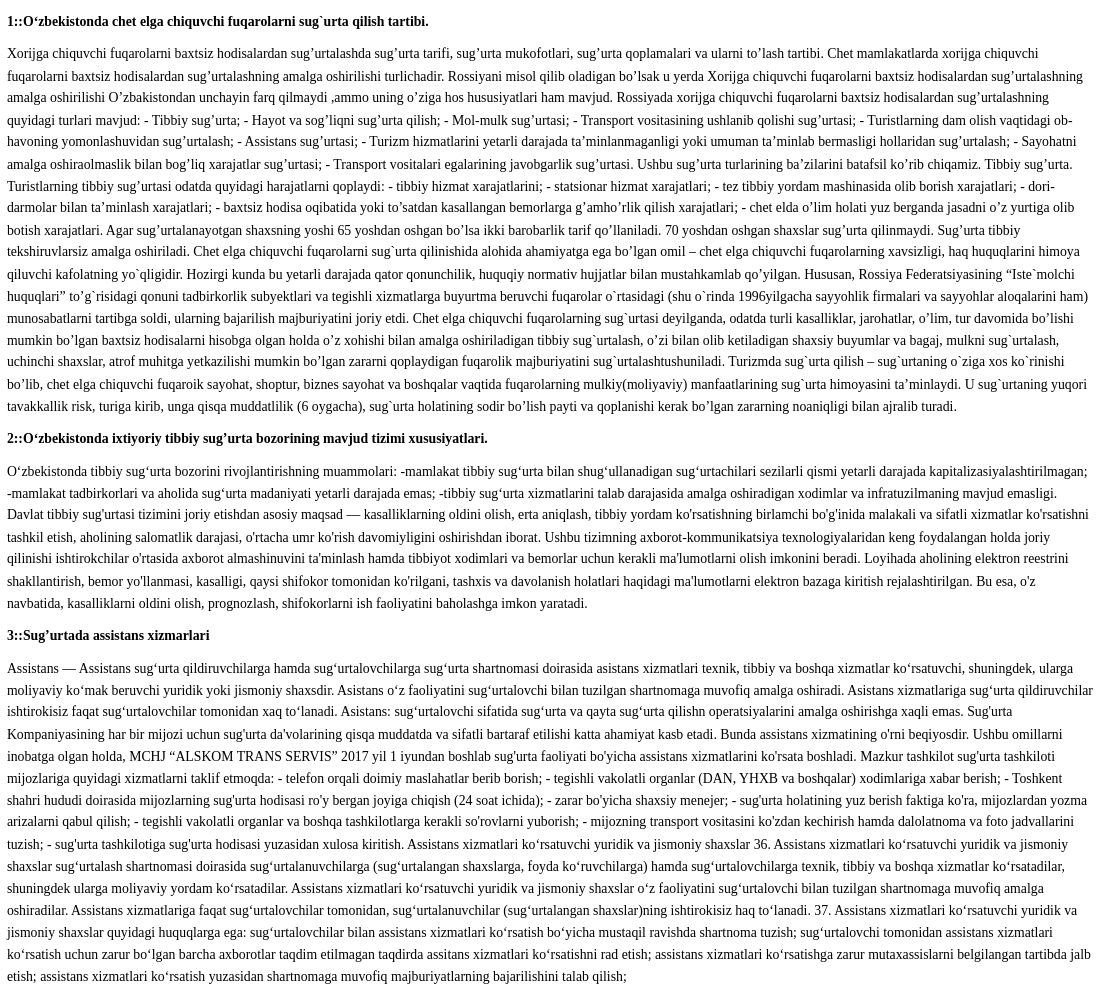
Repository: Ikromkhurozov/exam-inst
Page: index.html
The author's editor kept a copy of each file at every save. The page is drawn from the files as they stood at one save, then again after the next save.
The browser window is 1280 px wide. The pictures show the whole page, at 86% of full size.

Above is the page before, as saved 2023-05-21 15:42:51.

After the next save:
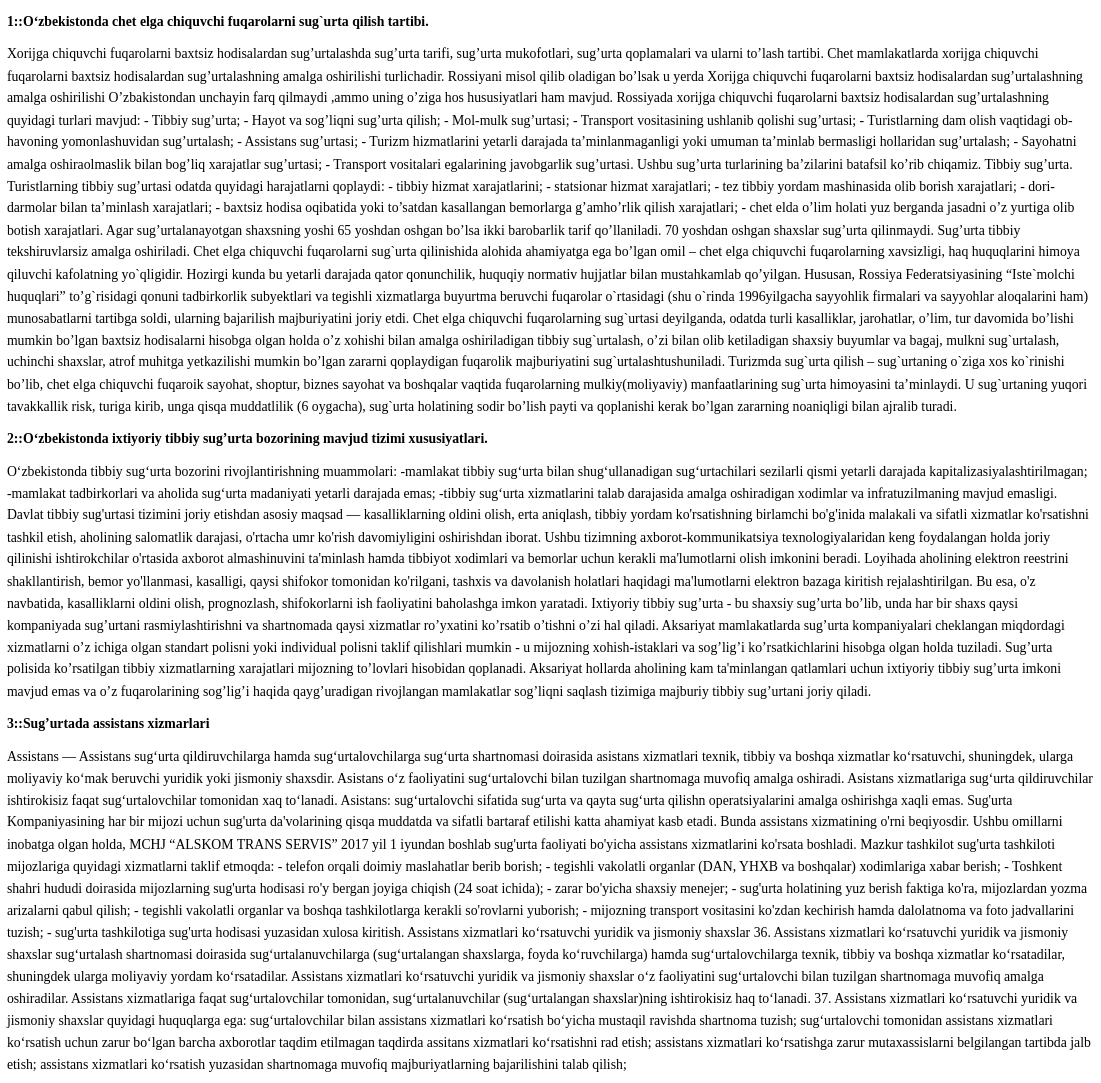
Saved 2 min 16 s later.
--- a/index.html
+++ b/index.html
@@ -71,6 +71,7 @@
 
       Loyihada aholining elektron reestrini shakllantirish, bemor yo'llanmasi, kasalligi, qaysi shifokor tomonidan ko'rilgani, tashxis va davolanish holatlari haqidagi ma'lumotlarni elektron bazaga kiritish rejalashtirilgan. Bu esa, o'z navbatida, kasalliklarni oldini olish, prognozlash, shifokorlarni ish faoliyatini baholashga imkon yaratadi.
 
+      Ixtiyoriy tibbiy sug’urta - bu shaxsiy sug’urta bo’lib, unda har bir shaxs qaysi kompaniyada sug’urtani rasmiylashtirishni va shartnomada qaysi xizmatlar ro’yxatini ko’rsatib o’tishni o’zi hal qiladi. Aksariyat mamlakatlarda sug’urta kompaniyalari cheklangan miqdordagi xizmatlarni o’z ichiga olgan standart polisni yoki individual polisni taklif qilishlari mumkin - u mijozning xohish-istaklari va sog’lig’i ko’rsatkichlarini hisobga olgan holda tuziladi. Sug’urta polisida ko’rsatilgan tibbiy xizmatlarning xarajatlari mijozning to’lovlari hisobidan qoplanadi. Aksariyat hollarda aholining kam ta'minlangan qatlamlari uchun ixtiyoriy tibbiy sug’urta imkoni mavjud emas va o’z fuqarolarining sog’lig’i haqida qayg’uradigan rivojlangan mamlakatlar sog’liqni saqlash tizimiga majburiy tibbiy sug’urtani joriy qiladi.
 
     </div>
 
